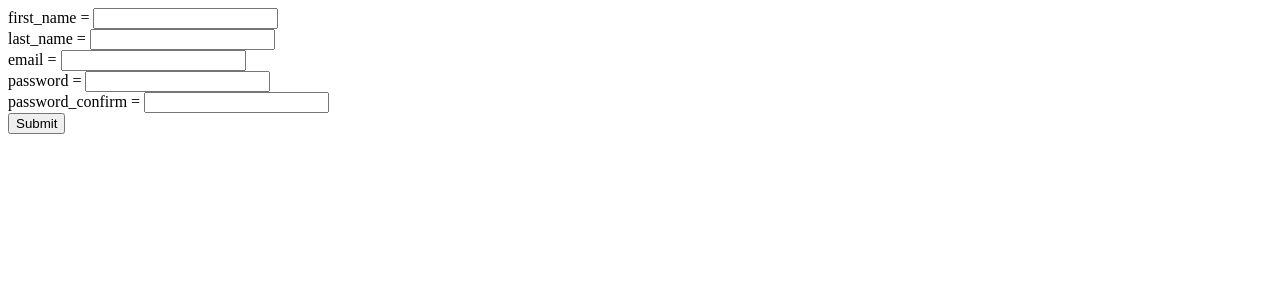
Repository: Map2g/GroupMeet
Page: insert.html
The author's editor kept a record of every edit. The page is drawn from the files as they stood at one moment, then again after the next edit.
The browser window is 1280 px wide. The pictures show the whole page.

Above is the page before.

### insert.html
<!DOCTYPE html>
<html>
    <head>
        <title> </title>
    </head>
    <body>
<form action = "register.php" method = "post">
    first_name = <input type = "text" name = "First Name">
    <br/>
    last_name = <input type = "text" name = "Last Name">
    <br/>
    email = <input type = "text" name = "Email">
    <br/>
    password = <input type = "text" name = "Password">
    <br/>
    password_confirm = <input type = "text" name = "Confirm">
    <br/>
    <input type = "submit" value = "Submit">
</form>
    </body>
</html>

After the next edit:
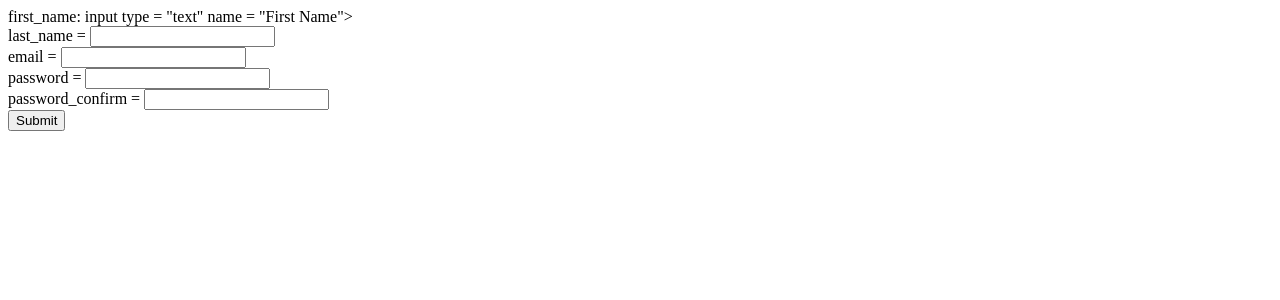
The edit:
--- a/insert.html
+++ b/insert.html
@@ -5,7 +5,7 @@
     </head>
     <body>
 <form action = "register.php" method = "post">
-    first_name = <input type = "text" name = "First Name">
+    first_name: input type = "text" name = "First Name">
     <br/>
     last_name = <input type = "text" name = "Last Name">
     <br/>
